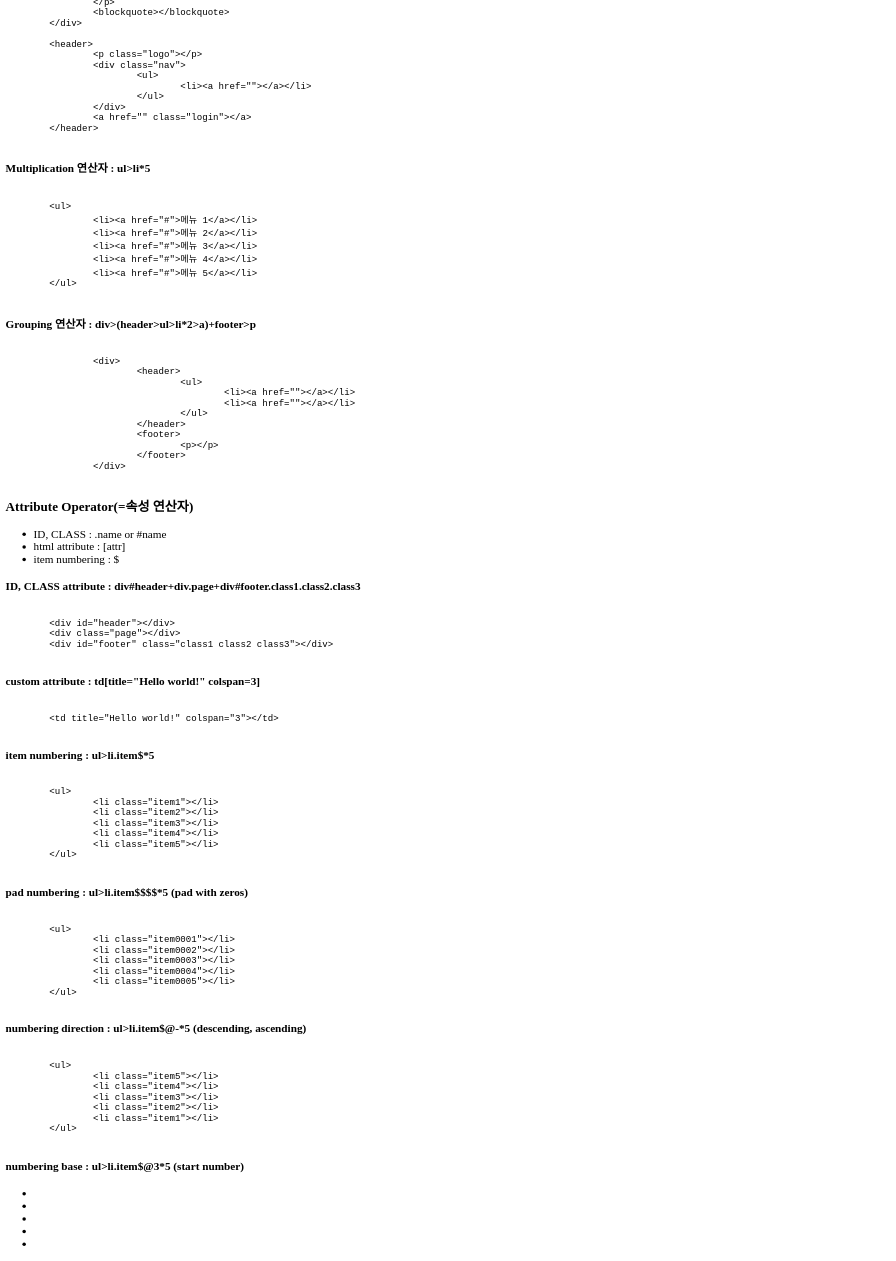
Repository: sbn121/WebUi
Page: Workspace/CloneCoding1/src/main/webapp/emmet-syntax.html
These files come from the project's save history. The page is drawn as it stood at one moment and after the next save; the edit follows.
The browser window is 1280 px wide. The pictures show the part of the page from y = 837 to 2757 px (the page is 2639 px tall before and 2757 px after), at 70% of full size.

Above is the page before, as saved 2023-05-30 07:44:29.

### Workspace/CloneCoding1/src/main/webapp/emmet-syntax.html
<!DOCTYPE html>
<html>
<head>
<meta charset="UTF-8">
<title>수코딩 클론</title>
<meta name="viewport" content="width=device-width, initial-scale=1.0" />

</head>
<body>
	<!-- https://docs.emmet.io/abbreviations/syntax/ -->
	<h1>Emmet이란?</h1>
	<p>코드를 고속으로 편집하거나 코딩하는데 필요한 플러그인으로 css와 문법이 유사합니다.</p>

	<h2>Emmet 사용법</h2>

	<h3>Elements(=요소)</h3>
	<p>Emmet에서 HTML 마크업 요소를 작성할 때는, 요소명을 적고 Tab(=확장)을 누르면 자동으로 HTML요소로 만들어줍니다.</p>

	<h3>Nesting Operator(=중첩 연산자)</h3>
	<ul>
		<li>Child : > (자식, 자손요소 ==> 포함관계로 작성)</li>
		<li>Sibling : + (형제 ==> 중첩된 요소와 나란히 작성)</li>
		<li>Climb-Up : ^ (캐럿 ==> 중첩을 벗어나는 것)</li>
		<li>Multiplication : * (복제 ==> 여러 요소를 작성)</li>
		<li>Grouping : () (그룹은 그룹화)</li>
	</ul>

	<h4>Child 연산자</h4>
	<div>
		<ul>
			<li>Child</li>
		</ul>
	</div>

	<h4>Sibling 연산자</h4>
	<div></div>
	<p></p>
	<blockquote></blockquote>

	<h4>Climb-Up 연산자 : div+div>p>span+em</h4>
	<xmp>
	<div></div>
	<div>
		<p>
			<span></span>
			<em></em>
		</p>
	</div>
	<div></div>
	<div>
		<p>
			<span></span>
			<em></em>
		</p>
		<blockquote></blockquote>
	</div>

	<header>
		<p class="logo"></p>
		<div class="nav">
			<ul>
				<li><a href=""></a></li>
			</ul>
		</div>
		<a href="" class="login"></a>
	</header>
	</xmp>
	<h4>Multiplication 연산자 : ul>li*5</h4>
	<xmp>
	<ul>
		<li><a href="#">메뉴 1</a></li>
		<li><a href="#">메뉴 2</a></li>
		<li><a href="#">메뉴 3</a></li>
		<li><a href="#">메뉴 4</a></li>
		<li><a href="#">메뉴 5</a></li>
	</ul>
	</xmp>

	<h4>Grouping 연산자 : div>(header>ul>li*2>a)+footer>p</h4>
	<xmp>
		<div>
			<header>
				<ul>
					<li><a href=""></a></li>
					<li><a href=""></a></li>
				</ul>
			</header>
			<footer>
				<p></p>
			</footer>
		</div>
	</xmp>

	<h3>Attribute Operator(=속성 연산자)</h3>
	<ul>
		<li>ID, CLASS : .name or #name</li>
		<li>html attribute : [attr]</li>
		<li>item numbering : $</li>
	</ul>

	<h4>ID, CLASS attribute : div#header+div.page+div#footer.class1.class2.class3</h4>
	<xmp>
	<div id="header"></div>
	<div class="page"></div>
	<div id="footer" class="class1 class2 class3"></div>
	</xmp>

	<h4>custom attribute : td[title="Hello world!" colspan=3]</h4>
	<xmp>
	<td title="Hello world!" colspan="3"></td>
	</xmp>

	<h4>item numbering : ul>li.item$*5</h4>
	<xmp>
	<ul>
		<li class="item1"></li>
		<li class="item2"></li>
		<li class="item3"></li>
		<li class="item4"></li>
		<li class="item5"></li>
	</ul>
	</xmp>

	<h4>pad numbering : ul>li.item$$$$*5 (pad with zeros)</h4>
	<xmp>
	<ul>
		<li class="item0001"></li>
		<li class="item0002"></li>
		<li class="item0003"></li>
		<li class="item0004"></li>
		<li class="item0005"></li>
	</ul>
	</xmp>

	<h4>numbering direction : ul>li.item$@-*5 (descending, ascending)</h4>
	<xmp>
	<ul>
		<li class="item5"></li>
		<li class="item4"></li>
		<li class="item3"></li>
		<li class="item2"></li>
		<li class="item1"></li>
	</ul>
	</xmp>

	<h4>numbering base : ul>li.item$@3*5 (start number)</h4>
	<ul>
		<li class="item3"></li>
		<li class="item4"></li>
		<li class="item5"></li>
		<li class="item6"></li>
		<li class="item7"></li>
	</ul>


</body>
</html>

After the next save:
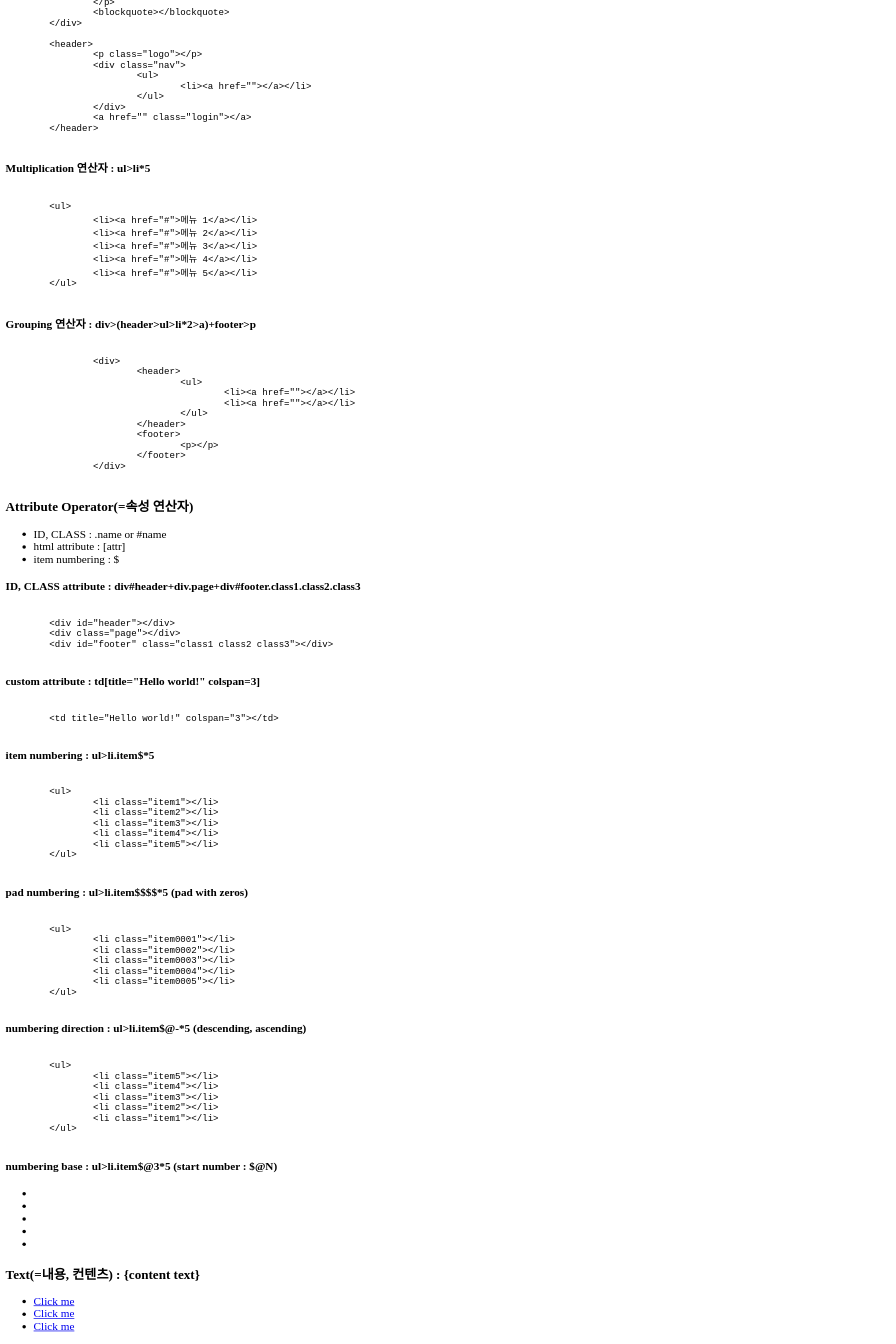
Saved 33 min 3 s later.
--- a/Workspace/CloneCoding1/src/main/webapp/emmet-syntax.html
+++ b/Workspace/CloneCoding1/src/main/webapp/emmet-syntax.html
@@ -143,7 +143,7 @@
 	</ul>
 	</xmp>
 
-	<h4>numbering base : ul>li.item$@3*5 (start number)</h4>
+	<h4>numbering base : ul>li.item$@3*5 (start number : $@N)</h4>
 	<ul>
 		<li class="item3"></li>
 		<li class="item4"></li>
@@ -152,6 +152,21 @@
 		<li class="item7"></li>
 	</ul>
 
+	<h3>Text(=내용, 컨텐츠) : {content text}</h3>
+	<div class="nav">
+		<ul class="gnb">
+			<li><a href="#">Click me</a></li>
+			<li><a href="#">Click me</a></li>
+			<li><a href="#">Click me</a></li>
+		</ul>
+	</div>
+
+
+
+
+
+
+
 
 </body>
 </html>
